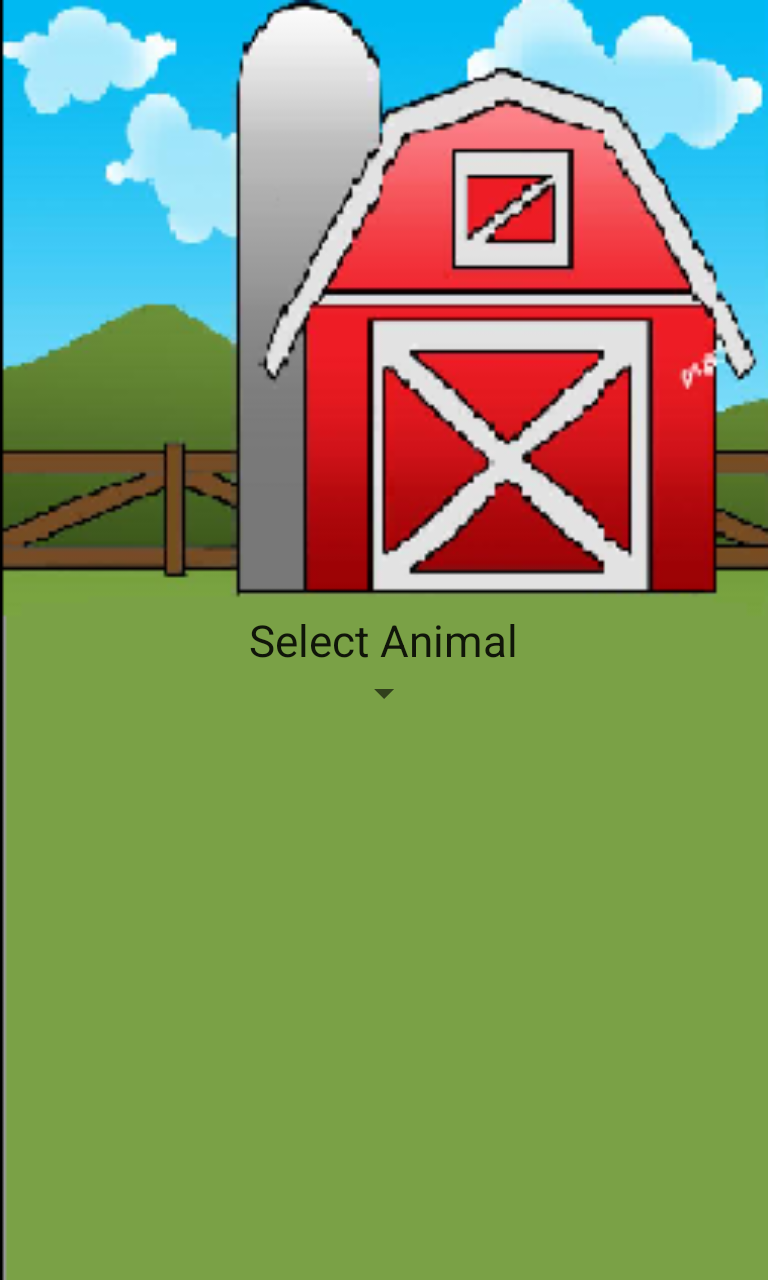
Repository: jdmielke/AnimalApp
Layout: AWEA/res/layout/activity_main.xml
An editor plug-in stored every save of this project. The layout is shown before and after the next save, followed by the edit.
It is drawn on a 768 x 1280 px phone screen (xhdpi) without system bars, with theme AppTheme; the app's code is not run.

Above is the layout before, as saved 2014-10-15 23:50:18.

### AWEA/res/layout/activity_main.xml
<RelativeLayout xmlns:android="http://schemas.android.com/apk/res/android"
    xmlns:tools="http://schemas.android.com/tools"
    android:layout_width="match_parent"
    android:layout_height="match_parent"
    android:paddingBottom="@dimen/activity_vertical_margin"
    android:paddingLeft="@dimen/activity_horizontal_margin"
    android:paddingRight="@dimen/activity_horizontal_margin"
    android:paddingTop="@dimen/activity_vertical_margin"
    tools:context="com.example.awea.MainActivity"
    android:background="@drawable/app_background">

    <Spinner
        android:id="@+id/spinner1"
        android:layout_width="wrap_content"
        android:layout_height="wrap_content"
        android:layout_below="@+id/spinnerTitle"
        android:layout_centerHorizontal="true" />

    <TextView
        android:id="@+id/spinnerTitle"
        android:layout_width="wrap_content"
        android:layout_height="wrap_content"
        android:layout_centerHorizontal="true"
        android:layout_centerVertical="true"
        android:text="Select Animal"
        android:textAppearance="?android:attr/textAppearanceLarge" />

</RelativeLayout>

Loaded but not shown: AWEA/res/values/styles.xml (common file); AWEA/res/values-v11/styles.xml (common file); AWEA/res/values-v14/styles.xml (common file); AWEA/res/values/dimens.xml (common file); AWEA/res/values-w820dp/dimens.xml (common file)

After the next save:
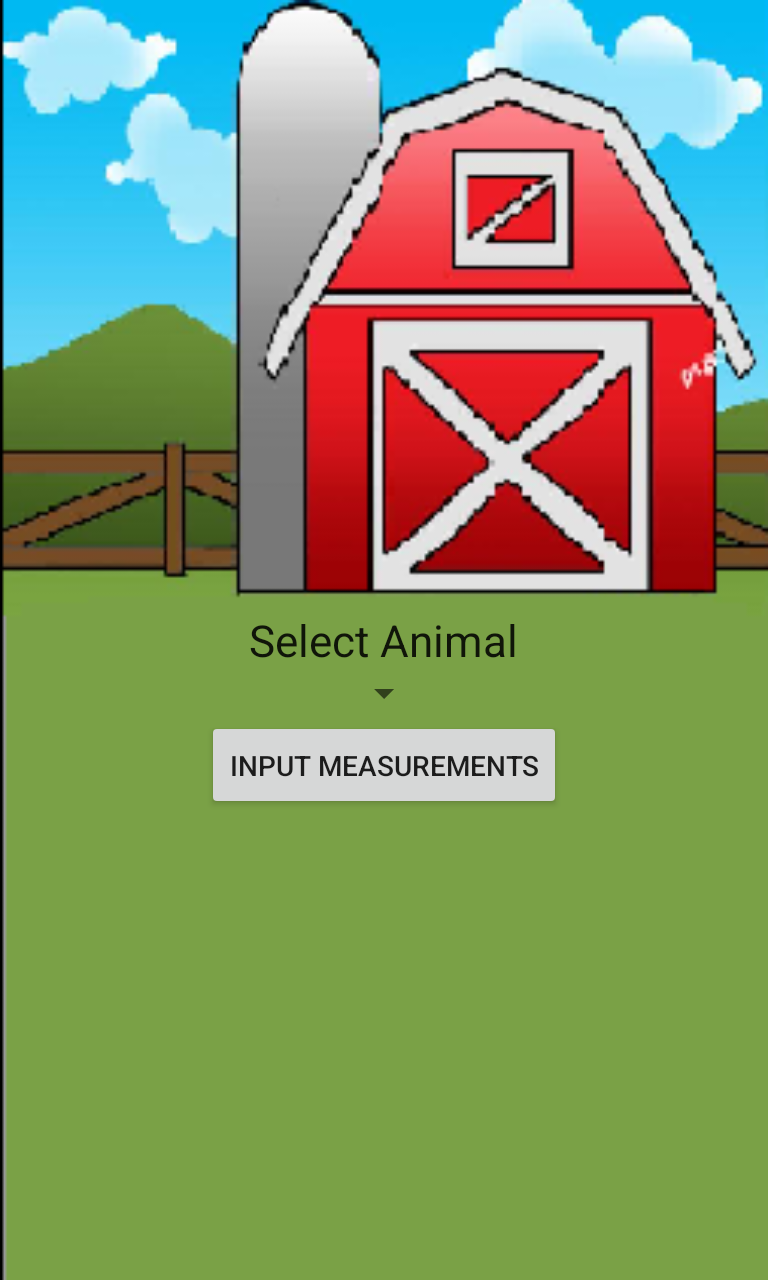
Saved 72 s later.
--- a/AWEA/res/layout/activity_main.xml
+++ b/AWEA/res/layout/activity_main.xml
@@ -25,4 +25,12 @@
         android:text="Select Animal"
         android:textAppearance="?android:attr/textAppearanceLarge" />
 
+    <Button
+        android:id="@+id/button1"
+        android:layout_width="wrap_content"
+        android:layout_height="wrap_content"
+        android:layout_below="@+id/spinner1"
+        android:layout_centerHorizontal="true"
+        android:text="Input Measurements" />
+
 </RelativeLayout>
